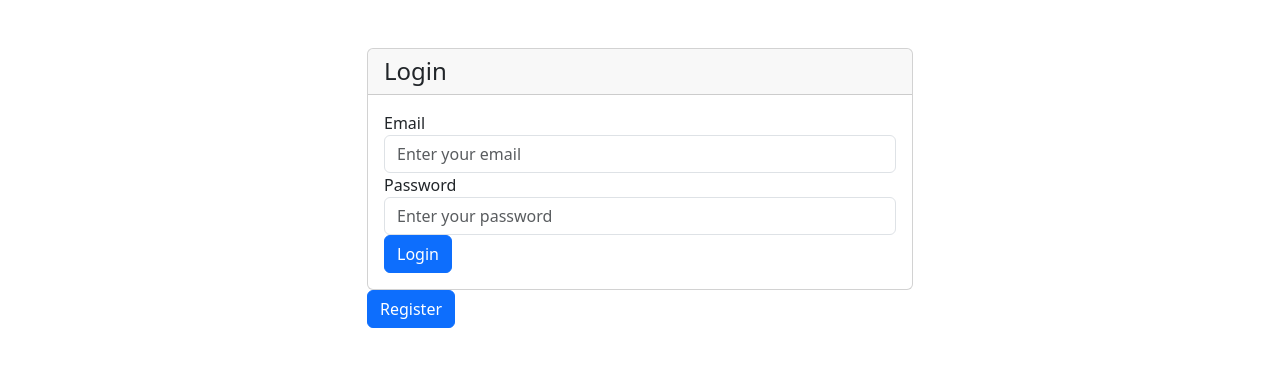
Repository: Anwithgowda/bank-app
Page: http://localhost/movie-book-app/login.jsp
These files come from the project's save history. The page is drawn as it stood at one moment and after the next save; the edit follows.
The browser window is 1280 px wide. The pictures show the whole page.
Some web libraries are served in a nearby version. The page is served by Tomcat 10. Other server files are loaded and not shown.

Above is the page before, as saved 2024-03-01 02:31:07.

### movieapp/movie-book-app/src/main/webapp/login.jsp
<%@ page language="java" contentType="text/html; charset=ISO-8859-1"
    pageEncoding="ISO-8859-1"%>
    <%@ taglib prefix="c" uri="http://java.sun.com/jsp/jstl/core" %>
<!DOCTYPE html>
<html>
<head>
<meta charset="ISO-8859-1">
<title>Login page</title>
<link href="https://cdn.jsdelivr.net/npm/bootstrap@5.3.3/dist/css/bootstrap.min.css" rel="stylesheet" integrity="sha384-QWTKZyjpPEjISv5WaRU9OFeRpok6YctnYmDr5pNlyT2bRjXh0JMhjY6hW+ALEwIH" crossorigin="anonymous">
<script src="https://cdn.jsdelivr.net/npm/bootstrap@5.3.3/dist/js/bootstrap.bundle.min.js" integrity="sha384-YvpcrYf0tY3lHB60NNkmXc5s9fDVZLESaAA55NDzOxhy9GkcIdslK1eN7N6jIeHz" crossorigin="anonymous"></script>

</head>
<body>

  <c:if test="${errorMessage!=null }">
     <div class="alert alert-danger" role="alert">
       ${errorMessage }
</div>
  </c:if>
    <form action="signin" method="post">
     <div class="container mt-5">
        <div class="row justify-content-center">
            <div class="col-md-6">
                <div class="card">
                    <div class="card-header">
                        <h4 class="mb-0">Login</h4>
                    </div>
                    <div class="card-body">

                            <div class="form-group">
                                <label for="staticEmail">Email</label>
                                <input type="text" class="form-control" id="staticEmail" name="userid" placeholder="Enter your email">
                            </div>
                            <div class="form-group">
                                <label for="inputPassword">Password</label>
                                <input type="password" class="form-control" id="inputPassword" name="password" placeholder="Enter your password">
                            </div>
                            <button type="submit" class="btn btn-primary">Login</button>

                    </div>
                </div>
                <a href="form" class="btn btn-primary">Register</a>
            </div>
        </div>
    </div>

</form>
    <!-- Bootstrap JS and Popper.js -->
    <script src="https://code.jquery.com/jquery-3.5.1.slim.min.js"></script>
    <script src="https://cdn.jsdelivr.net/npm/@popperjs/core@2.10.2/dist/umd/popper.min.js"></script>
    <script src="https://maxcdn.bootstrapcdn.com/bootstrap/4.5.2/js/bootstrap.min.js"></script>
</body>
</html>

After the next save:
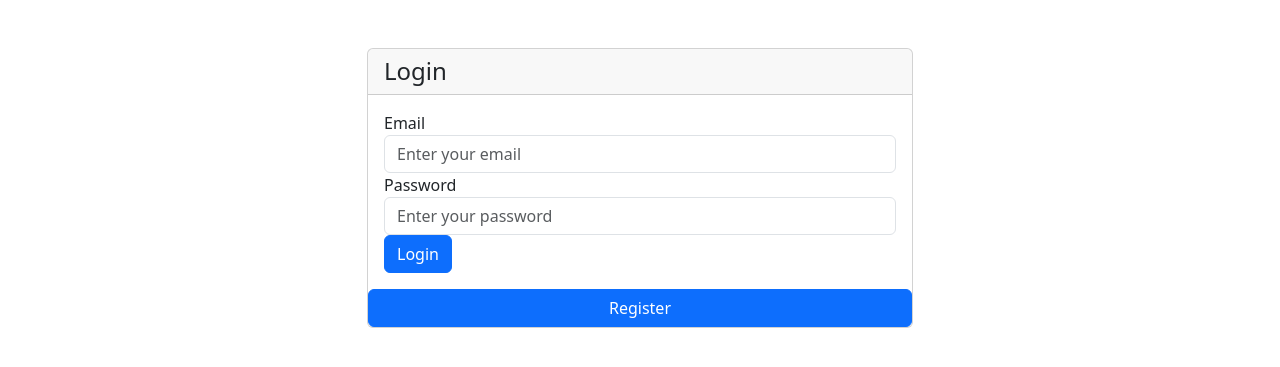
Saved 96 s later.
--- a/movieapp/movie-book-app/src/main/webapp/login.jsp
+++ b/movieapp/movie-book-app/src/main/webapp/login.jsp
@@ -38,8 +38,8 @@
                             <button type="submit" class="btn btn-primary">Login</button>
 
                     </div>
+                <a href="form" class="btn btn-primary">Register</a>
                 </div>
-                <a href="form" class="btn btn-primary">Register</a>
             </div>
         </div>
     </div>
